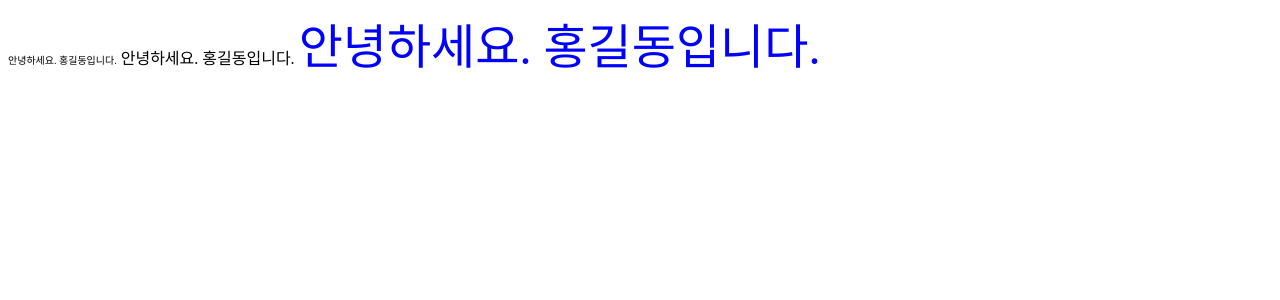
Repository: chanjin5212/Full-Stack-study
Page: client/ClientTest/src/main/webapp/html/ex12_font.html
An editor plug-in stored every save of this project. The page is shown before and after the next save, followed by the edit.
The browser window is 1280 px wide. The pictures show the whole page.

Above is the page before, as saved 2022-05-24 02:30:13.

After the next save:
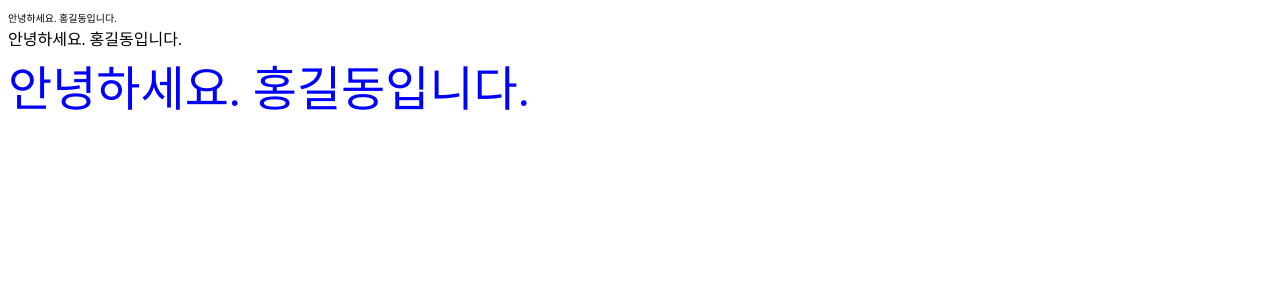
Saved 12 s later.
--- a/client/ClientTest/src/main/webapp/html/ex12_font.html
+++ b/client/ClientTest/src/main/webapp/html/ex12_font.html
@@ -9,8 +9,8 @@
 
 	<!-- 이 예제의 대부분 기능은 CSS로 작성한다. -->
 
-	<font size="1">안녕하세요. 홍길동입니다.</font>
-	<font size="3">안녕하세요. 홍길동입니다.</font>
+	<font size="1">안녕하세요. 홍길동입니다.</font><br>
+	<font size="3">안녕하세요. 홍길동입니다.</font><br>
 	<font
 		 size="7"
 		 color="blue"
